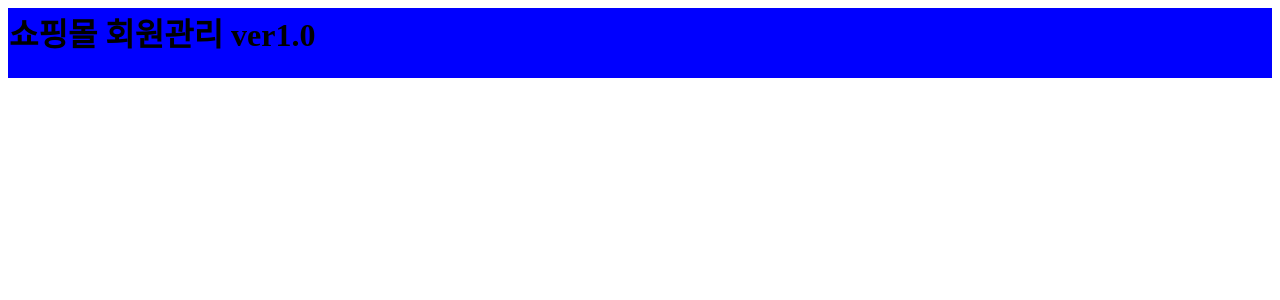
Repository: choigobin/Programming
Page: http://localhost/HRD_1119/
An editor plug-in stored every save of this project. The page is shown before and after the next save, followed by the edit.
The browser window is 1280 px wide. The pictures show the whole page.
The page is served by Tomcat 9.

Above is the page before, as saved 2019-11-19 06:38:59.

### YangJung/workspace/HRD_1119/WebContent/index.jsp
<%@ page language="java" contentType="text/html; charset=UTF-8"
    pageEncoding="UTF-8"%>
<html>
<head>
<meta charset="UTF-8">
<style>
#tb1 {
		height:100%; width:100%;
		border: 0px;
		border-collapse: collapse;
		}
#tb2{
	border: solide black 1px;
	border-collapse: separate;
	}
#t1 {
	border: 0px;
	}
tr,td,th{
	border: solid black 1px;
	}
</style>
<title>쇼핑몰 회원관리</title>
</head>
<body>
<table id="tb1">
<tr id="t1" height="10%"><%-- header --%>
	<td id="t1" bgcolor="blue" style="font-color:white;">
		<h1>쇼핑몰 회원관리 ver1.0</h1>
	</td>
</tr>
<tr id="t1" height="5%"><%-- nav --%>
	<td id="t1">

	</td>
</tr>
<tr id="t1">
	<td id="t1">

	</td>
</tr>
<tr id="t1" height="5%"><%-- footer --%>
	<td id="t1">

	</td>
</tr>
</table>
</body>
</html>

After the next save:
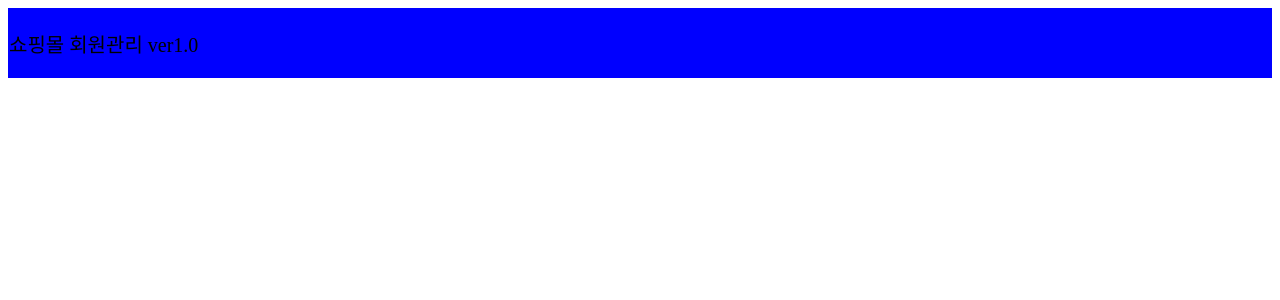
Saved 110 s later.
--- a/YangJung/workspace/HRD_1119/WebContent/index.jsp
+++ b/YangJung/workspace/HRD_1119/WebContent/index.jsp
@@ -25,8 +25,8 @@ tr,td,th{
 <body>
 <table id="tb1">
 <tr id="t1" height="10%"><%-- header --%>
-	<td id="t1" bgcolor="blue" style="font-color:white;">
-		<h1>쇼핑몰 회원관리 ver1.0</h1>
+	<td id="t1" bgcolor="blue">
+		<span style="font-size:20px; font-color:white;">쇼핑몰 회원관리 ver1.0</span>
 	</td>
 </tr>
 <tr id="t1" height="5%"><%-- nav --%>
